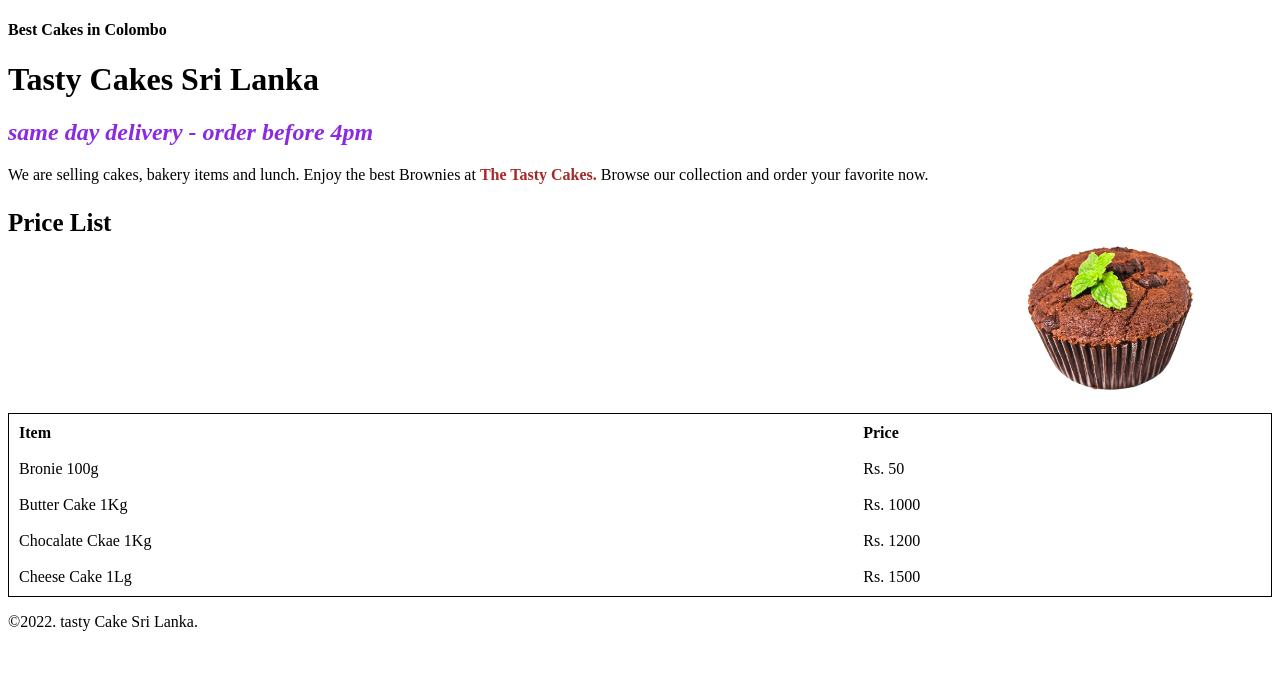
Repository: DhananjayaLakshan/Uom-Web_Design_For_Beginners
Page: work01/index.html
The author's editor kept a copy of each file at every save. The page is drawn from the files as they stood at one save, then again after the next save.
The browser window is 1280 px wide. The pictures show the whole page.

Above is the page before, as saved 2023-11-24 18:23:28.

### work01/index.html
<!DOCTYPE html>
<html lang="en">
<head>
    <title>Tasty Cakes Sri Lanka</title>
    <link rel="stylesheet" type="text/css" href="styles.css">
</head>
<body>
    <h4>Best Cakes in Colombo</h4>
    <h1>Tasty Cakes Sri Lanka</h1>

    <h2 class="tagline">same day delivery - order before 4pm </h2>
    <p>We are selling cakes, bakery items and lunch. Enjoy the best Brownies at <strong style="color: brown;"> The Tasty Cakes.</strong>
        Browse our collection and order your favorite now.</p>

    <img src="image-01.png" width="320px" alt="cake picture">

    <p class="pricetopic">Price List</p>

    <table>
        <tr>
            <th>Item</th>
            <th>Price</th>
        </tr>

        <tr>
            <td>Bronie 100g</td>
            <td>Rs. 50</td>
        </tr>

        <tr>
            <td>Butter Cake 1Kg</td>
            <td>Rs. 1000</td>
        </tr>

        <tr>
            <td>Chocalate Ckae 1Kg</td>
            <td>Rs. 1200</td>
        </tr>

        <tr>
            <td>Cheese Cake 1Lg</td>
            <td>Rs. 1500</td>
        </tr>

    </table>

    <footer>
        <p>&copy;2022. tasty Cake Sri Lanka.</p>
    </footer>


</body>
</html>

### work01/styles.css
.tagline{
    color: blueviolet;
    font-style: italic;
}

img{
    float: right;
}

.pricetopic{
    font-size: 25px;
    font-weight: bold;
}

table{
    border: 1px solid black;
    width: 100%;

}

td,th{
    text-align: left;
    padding: 8px;
}

After the next save:
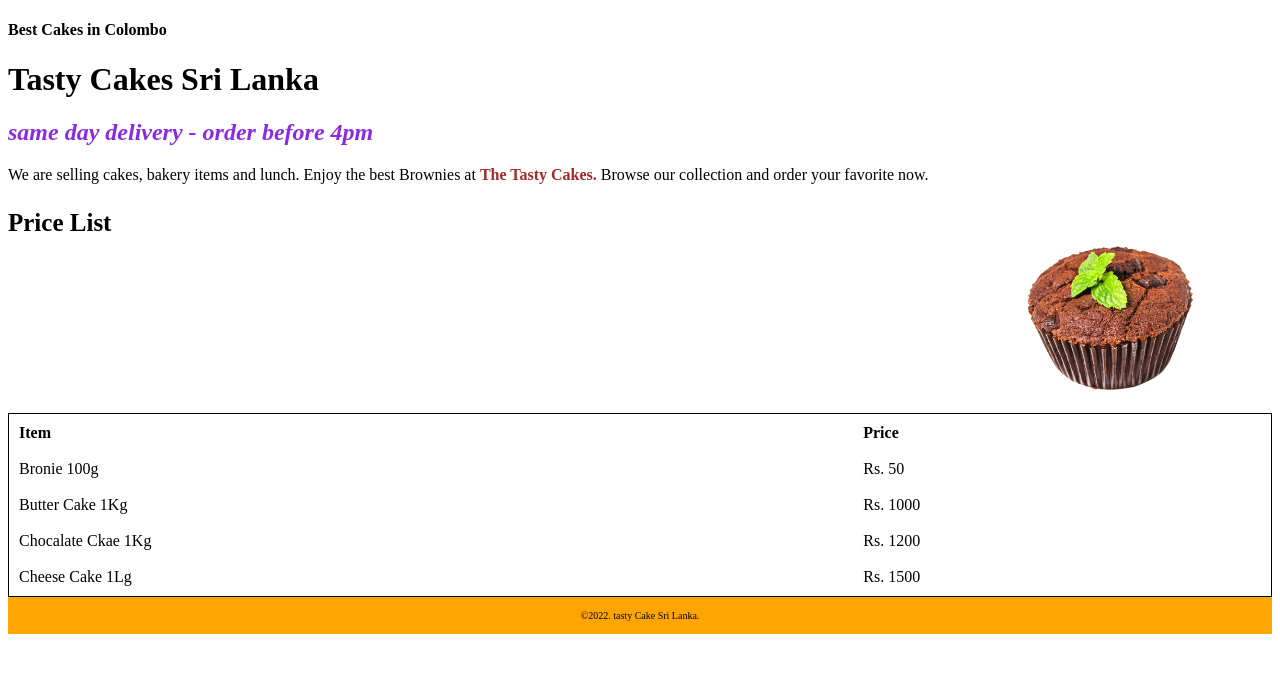
Saved 2 min 20 s later.
--- a/work01/styles.css
+++ b/work01/styles.css
@@ -22,3 +22,12 @@ td,th{
     text-align: left;
     padding: 8px;
 }
+
+footer{
+    text-align: center;
+    font-family: 'Times New Roman', Times, serif;
+    font-size: 10px;
+    padding: 3px;
+    background-color: orange;
+    color:black;
+}
